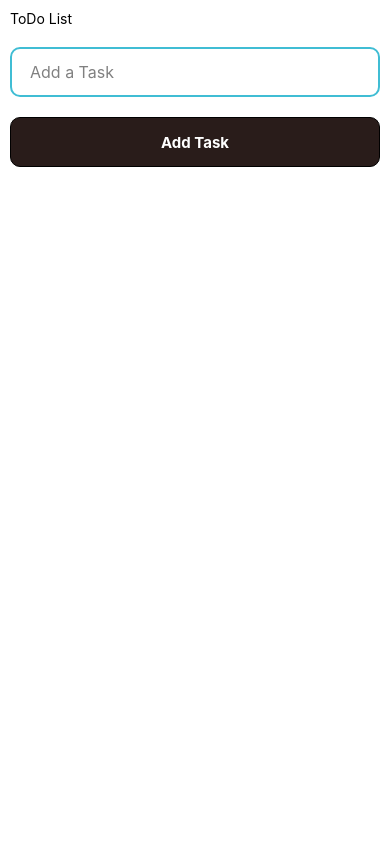
Repository: raisingh22/Projects
Screen: /
An editor plug-in stored every save of this project. The screen is shown before and after the next save, followed by the edit.
The app was drawn by React Native's web renderer in a window 390 px wide. The project was rebuilt for these pictures with package versions that can differ from the ones it lists, and the page was loaded fresh each time.

Above is the screen before, as saved 2024-01-22 12:53:11.

After the next save:
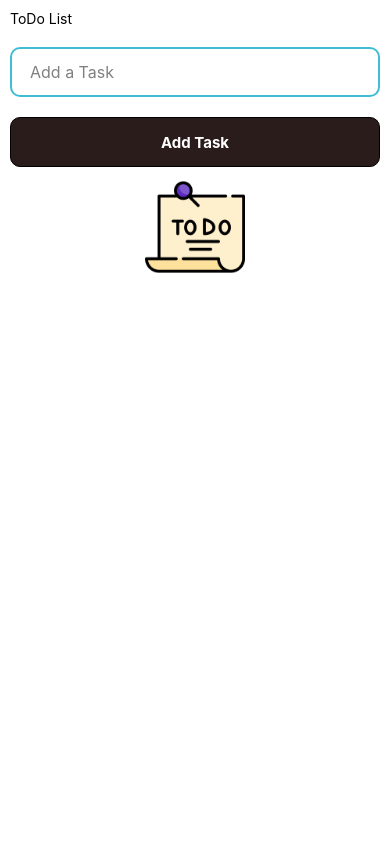
Saved 6 s later.
--- a/src/components/Fallback.js
+++ b/src/components/Fallback.js
@@ -11,7 +11,7 @@
         height:100,
         width:100
      }}
-     source={require}
+     source={require('../asstes/to-do-list.png')}
      />
     </View>
   )

After the 6 saves that followed:
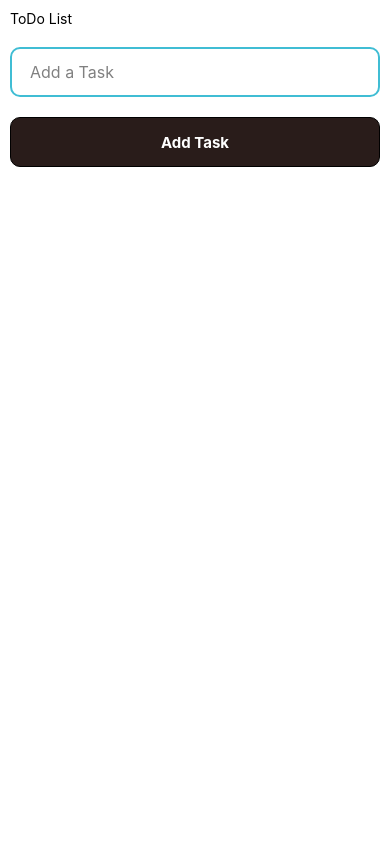
The 6 saves are shown as one change because 1 left the picture as it was and some came seconds apart.
The last was saved 41 s later.
--- a/src/components/Fallback.js
+++ b/src/components/Fallback.js
@@ -7,8 +7,9 @@
          justifyContent: "center", alignItems: "center"
     }}>
      <Image
+     resizeMode='contain'
      style={{
-        height:100,
+        height:"50%",
         width:100
      }}
      source={require('../asstes/to-do-list.png')}
